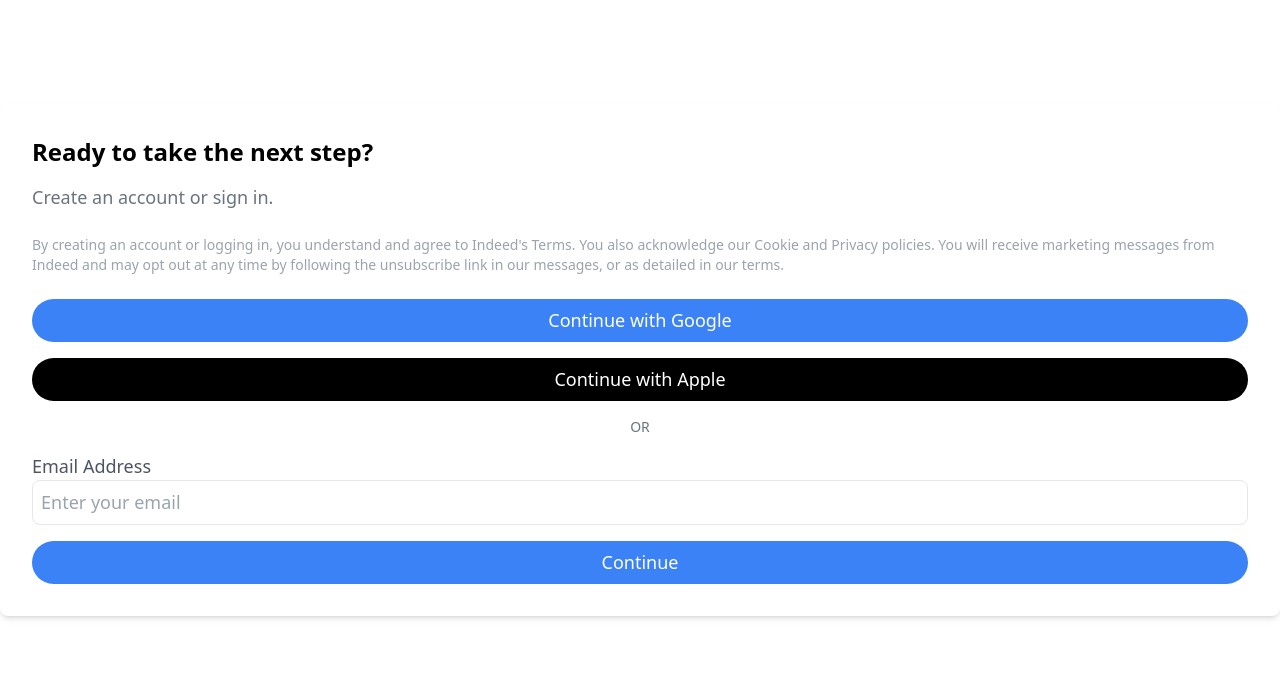
Repository: Temitech001/new-job
Page: /signin
The author's editor kept a copy of each file at every save. The page is drawn from the files as they stood at one save, then again after the next save.
The browser window is 1280 px wide. The pictures show the whole page.
The project was rebuilt for these pictures with package versions that can differ from the ones it lists, and the page was loaded fresh each time. Also part of the build but not shown: src/App.css, src/components/header/Header.jsx, src/components/jobSearch/Job.jsx, src/components/jobSearch/JobListing.jsx, src/App.js.

Above is the page before, as saved 2023-08-22 01:59:00.

### public/index.html
<!DOCTYPE html>
<html lang="en">
  <head>
    <meta charset="utf-8" />
    <link rel="icon" href="%PUBLIC_URL%/favicon.ico" />
    <meta name="viewport" content="width=device-width, initial-scale=1" />
    <meta name="theme-color" content="#000000" />
    <meta
      name="description"
      content="JobConnect360 is your comprehensive platform for all things related to employment."
    />
    <link rel="apple-touch-icon" href="%PUBLIC_URL%/logo192.png" />
    <!--
      manifest.json provides metadata used when your web app is installed on a
      user's mobile device or desktop. See https://developers.google.com/web/fundamentals/web-app-manifest/
    -->
    <link rel="manifest" href="%PUBLIC_URL%/manifest.json" />
    <!--
      Notice the use of %PUBLIC_URL% in the tags above.
      It will be replaced with the URL of the `public` folder during the build.
      Only files inside the `public` folder can be referenced from the HTML.

      Unlike "/favicon.ico" or "favicon.ico", "%PUBLIC_URL%/favicon.ico" will
      work correctly both with client-side routing and a non-root public URL.
      Learn how to configure a non-root public URL by running `npm run build`.
    -->
    <title>JobConnect360</title>
  </head>
  <body>
    <noscript>You need to enable JavaScript to run this app.</noscript>
    <div id="root"></div>
    <!--
      This HTML file is a template.
      If you open it directly in the browser, you will see an empty page.

      You can add webfonts, meta tags, or analytics to this file.
      The build step will place the bundled scripts into the <body> tag.

      To begin the development, run `npm start` or `yarn start`.
      To create a production bundle, use `npm run build` or `yarn build`.
    -->
  </body>
</html>

### src/index.js
import React from 'react';
import ReactDOM from 'react-dom/client';
import { BrowserRouter, Routes, Route} from "react-router-dom";
import './index.css';
import App from './App';
import ScrollToTop from 'react-scroll-to-top';
import SignIn from './components/jobSearch/signIn/SignIn';

const root = ReactDOM.createRoot(document.getElementById('root'));
root.render(
  <React.StrictMode>
    <BrowserRouter>
    <ScrollToTop/>
            <Routes>
                <Route path="/" element={<App />} />
                <Route path="/signin" element={<SignIn />} />
                {/* <Route path="/impact" element={<ImpactPage />} /> */}
                {/* <Route path="/contact" element={<ContactPage />} /> */}
            </Routes>
            {/* <App /> */}
        </BrowserRouter>
  </React.StrictMode>
);

### src/index.css
@tailwind base;
@tailwind components;
@tailwind utilities;

body {
  margin: 0;
  font-family: "Noto Sans", "Helvetica Neue", Helvetica, Arial, sans-serif;
  -webkit-font-smoothing: antialiased;
  -moz-osx-font-smoothing: grayscale;
  font-size: 18px;
}

code {
  font-family: source-code-pro, Menlo, Monaco, Consolas, 'Courier New',
    monospace;
}

### src/components/jobSearch/signIn/SignIn.jsx
import React from 'react';
// import './SignIn.css'; // Add your additional CSS file for custom styling

const SignIn = () => {
  return (
    <div className="flex justify-center items-center h-screen w-1/">
      <div className="bg-white p-8 rounded-lg shadow-md">
        <h2 className="text-2xl font-semibold mb-4">
          Ready to take the next step?
        </h2>
        <p className="text-gray-500 mb-6">
          Create an account or sign in.
        </p>
        <p className="text-sm text-gray-400 mb-6">
          By creating an account or logging in, you understand and agree to Indeed's Terms. You also acknowledge our Cookie and Privacy policies. You will receive marketing messages from Indeed and may opt out at any time by following the unsubscribe link in our messages, or as detailed in our terms.
        </p>
        <button className="bg-blue-500 text-white rounded-full py-2 px-4 mb-4 w-full hover:bg-blue-600">
          Continue with Google
        </button>
        <button className="bg-black text-white rounded-full py-2 px-4 mb-4 w-full hover:bg-gray-800">
          Continue with Apple
        </button>
        <div className="text-center text-gray-500 text-sm mb-4">OR</div>
        <div className="mb-4">
          <label htmlFor="email" className="text-gray-600">Email Address</label>
          <input
            type="email"
            id="email"
            className="w-full border rounded-lg p-2 focus:outline-none focus:ring focus:border-blue-400"
            placeholder="Enter your email"
          />
        </div>
        <button className="bg-blue-500 text-white rounded-full py-2 px-4 w-full hover:bg-blue-600">
          Continue
        </button>
      </div>
    </div>
  );
};

export default SignIn;

### src/components/header/Header.css
/* Header.css */
@media (max-width: 768px) {
    /* Mobile styles */

    /* Center logo and move Sign In button to the right */
    .container {
      flex-direction: column;
      align-items: center;
    }

    .flex:nth-child(1) {
      margin-bottom: 1rem;
    }

    /* Add margin between logo and Sign In button */
    .flex:nth-child(2) {
      margin-top: 1rem;
    }

    /* Mobile menu icon styles */
    .menu-icon {
      display: inline-block;
    }

    .bar {
      width: 25px;
      height: 3px;
      background-color: white;
      margin: 4px 0;
      transition: 0.4s;
    }

    .open .bar:nth-child(1) {
      transform: rotate(-45deg) translate(-5px, 6px);
    }

    .open .bar:nth-child(2) {
      opacity: 0;
    }

    .open .bar:nth-child(3) {
      transform: rotate(45deg) translate(-5px, -6px);
    }

    /* Add styles for mobile menu (Hamburger) */
    .menu-items {
      display: none;
      flex-direction: column;
      align-items: center;
    }

    .menu-open .menu-items {
      display: flex;
    }

    /* Additional mobile styles can be added as needed */
  }

### tailwind.config.js
/** @type {import('tailwindcss').Config} */
module.exports = {
  content: ["./src/**/*.{html,jsx, js}"],
  theme: {
    extend: {},
  },
  plugins: [],
}

After the next save:
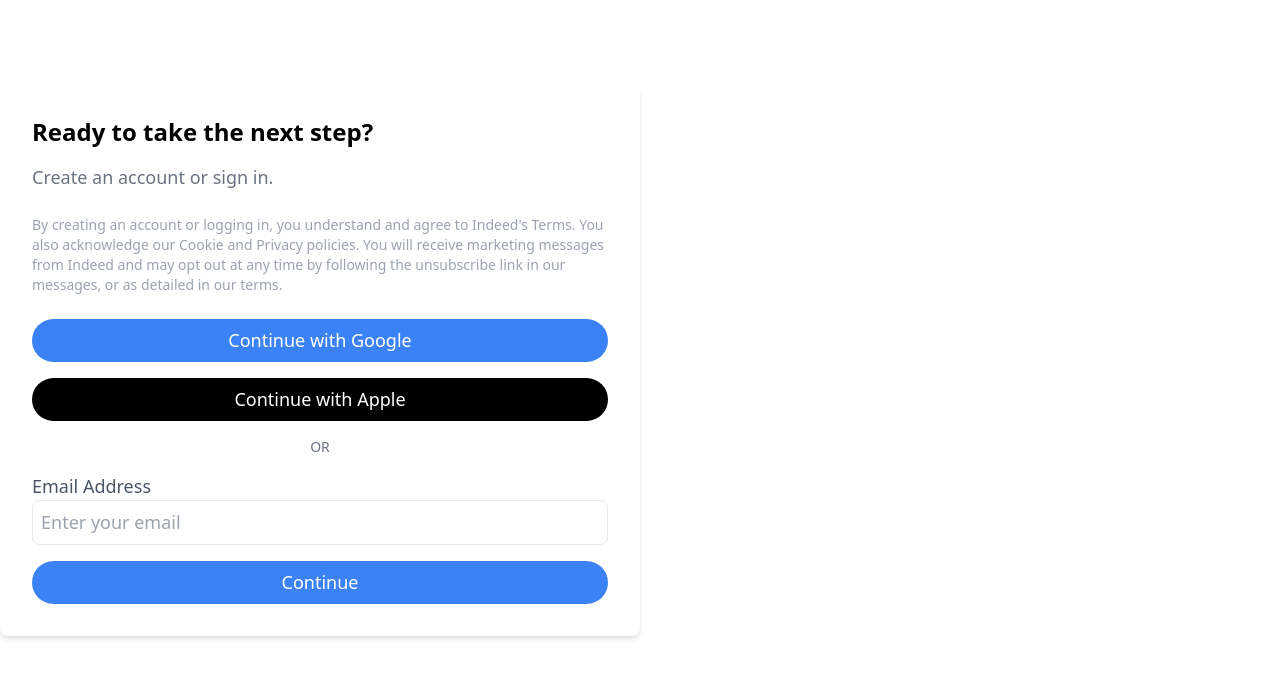
Saved 6 s later.
--- a/src/components/jobSearch/signIn/SignIn.jsx
+++ b/src/components/jobSearch/signIn/SignIn.jsx
@@ -3,7 +3,7 @@ import React from 'react';
 
 const SignIn = () => {
   return (
-    <div className="flex justify-center items-center h-screen w-1/">
+    <div className="flex justify-center items-center h-screen w-2/4">
       <div className="bg-white p-8 rounded-lg shadow-md">
         <h2 className="text-2xl font-semibold mb-4">
           Ready to take the next step?
